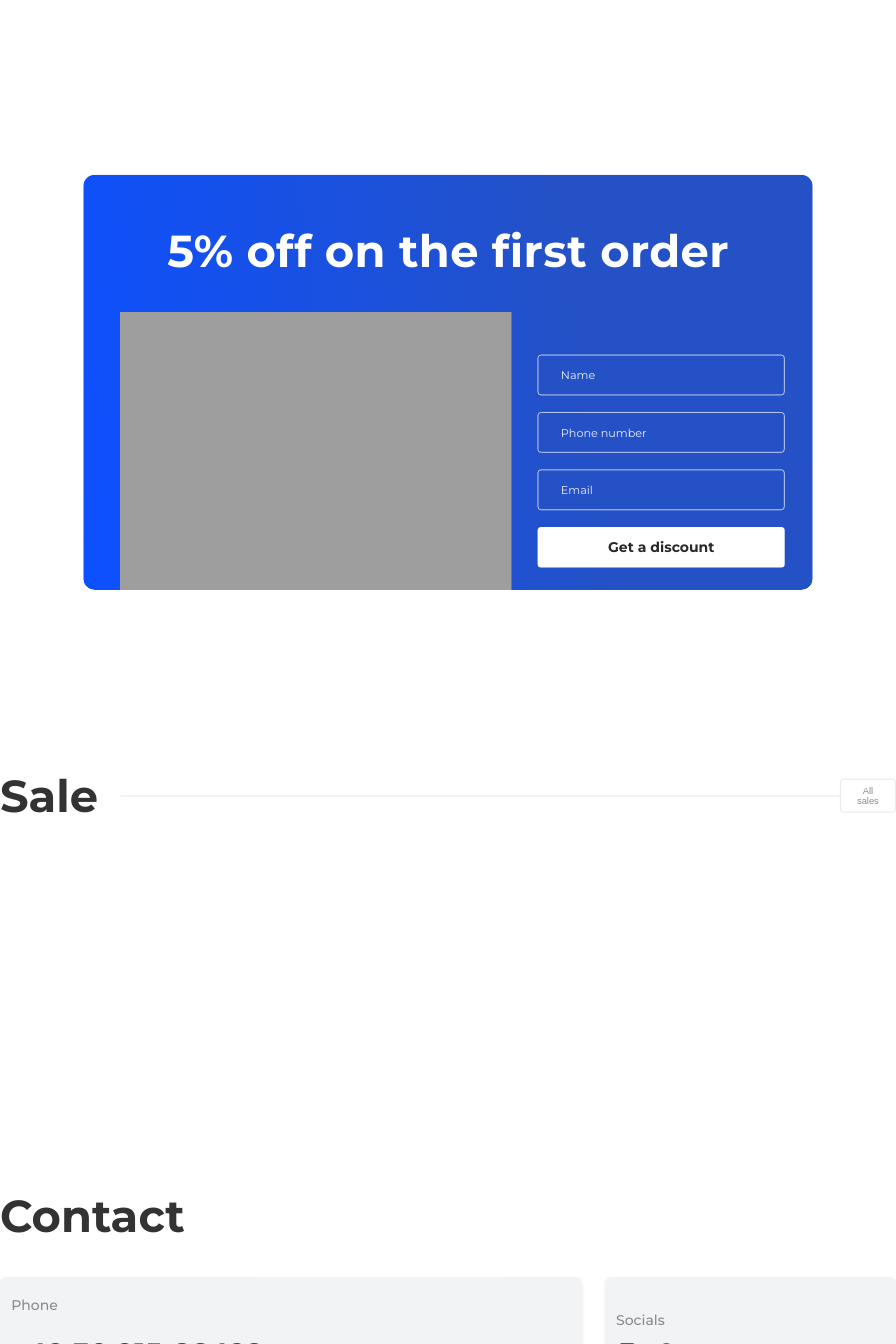
Repository: jursylian/PET-INTERNET-SHOP-PROJECT
Page: /
These files come from the project's save history. The page is drawn as it stood at one moment and after the next save; the edit follows.
The browser window is 1280 px wide. The pictures show the part of the page from y = 1284 to 3204 px (the page is 3917 px tall before and 3881 px after), at 70% of full size.
Pictures or frames that could not be fetched are drawn as grey boxes. The page's requests for data from a server got no answer. The project was rebuilt for these pictures with package versions that can differ from the ones it lists, and the page was loaded fresh each time. No one was signed in, and anything a server would have sent is missing. Also part of the build but not shown: vite.config.js, src/pages/CategoriesAll/CategoriesAll.module.css, src/layouts/PageSection/PageSection.module.css, src/layouts/PageSection/PageSection.jsx, src/pages/CategoriesAll/CategoriesAll.jsx, src/redux/productsSelectors.js, src/components/ProductFilter/ProductFilter.module.css, src/components/ProductFilter/ProductFilter.jsx and 22 more.

Above is the page before, as saved 2025-11-06 18:31:06.

After the next save:
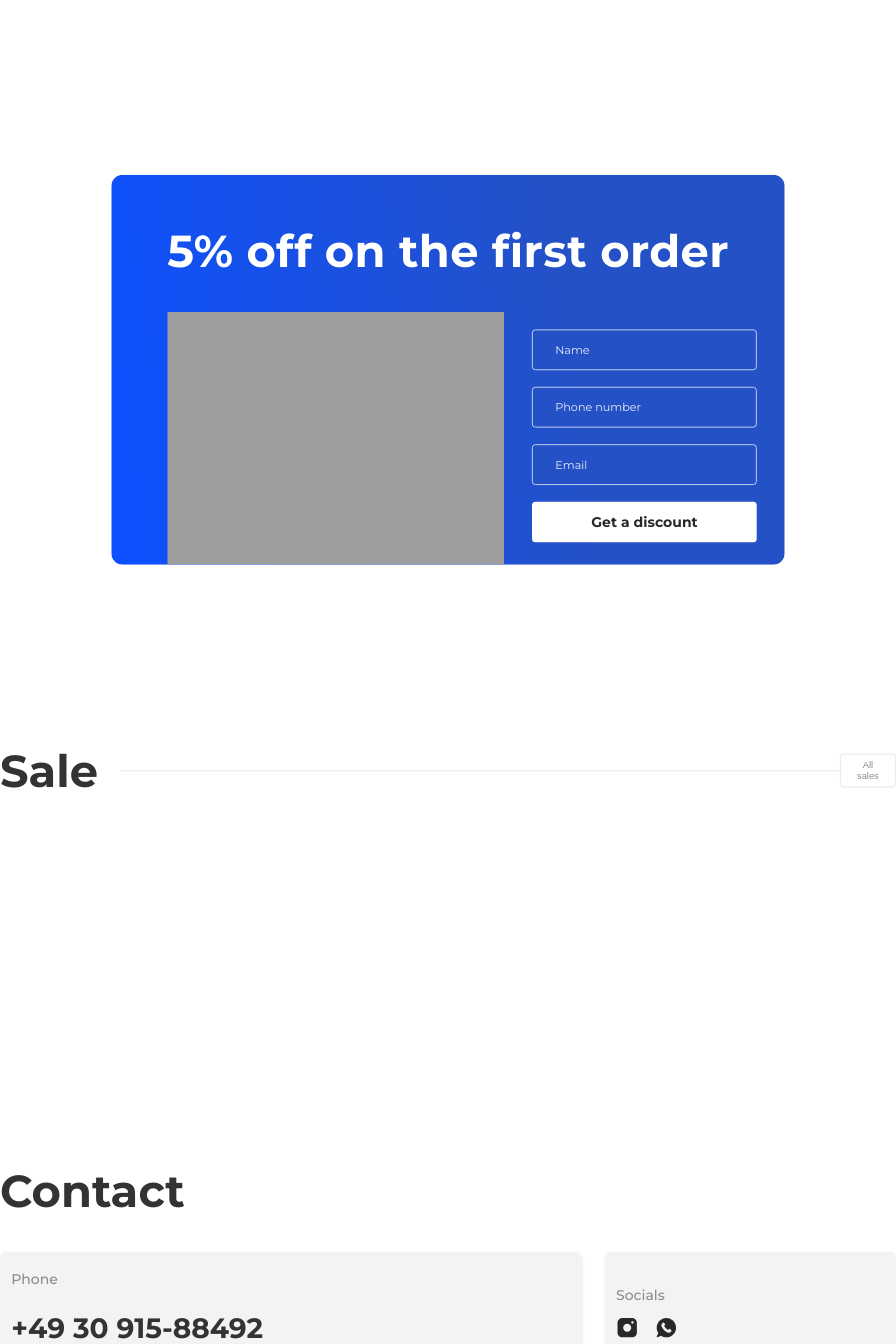
Saved 46 s later.
--- a/src/components/DiscountForm/DiscountForm.module.css
+++ b/src/components/DiscountForm/DiscountForm.module.css
@@ -42,12 +42,10 @@
 }
 
 .animals {
-  width: 110%;
-  max-width: none;
-  height: 420px;
+  width: 100%;
+  height: auto;
   object-fit: contain;
-  margin-bottom: -23px; /* прижимает к низу */
-  transform: translateX(-5%); /* чуть сдвигаем влево для визуального баланса */
+  margin-bottom: 0;
 }
 
 .form {
